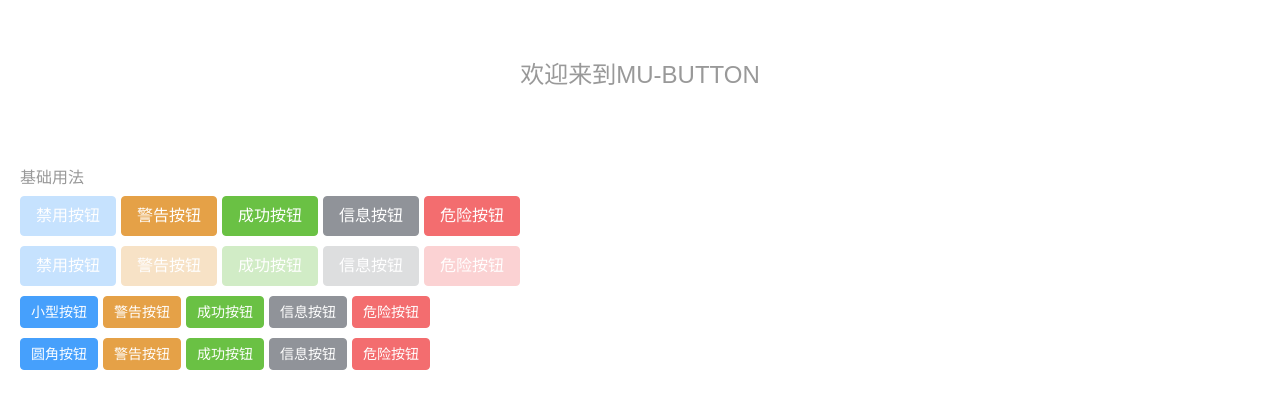
Repository: HuoXiaoYe/huoxiaoye_mumu
Page: /
These files come from the project's save history. The page is drawn as it stood at one moment and after a run of saves; the edit follows.
The browser window is 1280 px wide. The pictures show the whole page.
The project was rebuilt for these pictures with package versions that can differ from the ones it lists, and the page was loaded fresh each time.

Above is the page before, as saved 2020-07-04 17:41:44.

### src/App.tsx
import React from 'react';
import './App.css';
import "@/assets/less/reset.less"
import ButtonWrap from "./pages/buttonWrap/buttonWrap"

function App() {
  return (
    <div className="App">
      <ButtonWrap />
    </div>
  );
}

export default App;

### src/pages/buttonWrap/buttonWrap.tsx
import React,{useState} from "react"
import "./index.less"
import MUButton from "../../components/button/button"
import Title from "../components/title/title"
import {ButtonType} from "@/tsconfig/MUButton"


interface Ibutton {
    type:ButtonType,
    value:string
}

function ButtonWrap() {
    const [buttonList] = useState<Ibutton[]>([
        {
            type:"warning",
            value:"警告按钮"
        },
        {
            type:"success",
            value:"成功按钮"
        },
        {
            type:"info",
            value:"信息按钮"
        },
        {
            type:"danger",
            value:"危险按钮"
        }
    ])
    return (
        <div className="button-wrap">
            <Title type="first">MU-BUTTON</Title>
            <div className="button-item">
                <Title type="second">基础用法</Title>
                <ul>
                <li><MUButton disabled={true}>禁用按钮</MUButton></li>
                    {
                        buttonList.map((item)=>{
                            return (
                            <li><MUButton type={item.type}>{item.value}</MUButton></li>
                            )
                        })
                    }
                </ul>
                <ul>
                    <li><MUButton disabled={true}>禁用按钮</MUButton></li>
                    <li><MUButton disabled={true} type="warning">警告按钮</MUButton></li>
                    <li><MUButton disabled={true} type="success">成功按钮</MUButton></li>
                    <li><MUButton disabled={true} type="info">信息按钮</MUButton></li>
                    <li><MUButton disabled={true} type="danger">危险按钮</MUButton></li>
                </ul>

                <ul>
                    <li><MUButton size="small">小型按钮</MUButton></li>
                    <li><MUButton size="small" type="warning">警告按钮</MUButton></li>
                    <li><MUButton size="small" type="success">成功按钮</MUButton></li>
                    <li><MUButton size="small" type="info">信息按钮</MUButton></li>
                    <li><MUButton size="small" type="danger">危险按钮</MUButton></li>
                </ul>


                <ul>
                    <li><MUButton size="small" circle={true}>圆角按钮</MUButton></li>
                    <li><MUButton size="small" circle={true} type="warning">警告按钮</MUButton></li>
                    <li><MUButton size="small" circle={true} type="success">成功按钮</MUButton></li>
                    <li><MUButton size="small" circle={true} type="info">信息按钮</MUButton></li>
                    <li><MUButton size="small" circle={true} type="danger">危险按钮</MUButton></li>
                </ul>
            </div>

        </div>
    )
}

export default ButtonWrap

### src/pages/buttonWrap/index.less
@import '@/assets/less/common.less';

.button-wrap{

    .button-item{
        padding: 20px;

        ul{
            margin-top: 5px;
            display: flex;
            flex-wrap: wrap;
            li{
                margin-right: 5px;
                margin-top: 5px;
            }
        }
    }
}

### src/components/button/button.tsx
import React, { useEffect,useState } from 'react'
import { IProps } from "@/tsconfig/MUButton"
import "./index.less"


function MUButton(props: IProps) {
    const [btnClass,setBtnClass] = useState<string[]>(['mu-button'])
    useEffect(() => {
        console.log("initional");
        let tempBtnClass:string[] = []
        if(props.type){
            tempBtnClass.push('mu-' + props.type)
        }else{
            tempBtnClass.push('mu-primary')
        }
        if(props.size){
            tempBtnClass.push('mu-' + props.size)
        }else{
            tempBtnClass.push('mu-normal')
        }
        if(props.disabled){
            tempBtnClass.push('mu-disabled')
        }
        setBtnClass([...btnClass,...tempBtnClass])
    // eslint-disable-next-line react-hooks/exhaustive-deps
    },[props])
    return (
        <button type="button" className={btnClass.join(' ')} disabled={props.disabled}>
            {/* <i className="lake-loading"></i>
            <slot className="icon"></slot> */}
            {
                props.children
            }
        </button >
    )
}

export default MUButton

### src/pages/components/title/title.tsx
/* eslint-disable react-hooks/exhaustive-deps */
import React, {useState,useEffect} from "react"
import "./index.less"

type titleType = 'first' | 'second'

interface IProps {
    type : titleType,
    children?:any
}

function Title(props:IProps){
    const [,setClassName ]= useState<titleType>('first');
    useEffect(()=>{
        setClassName(props.type)
    })

    return (
        <div className="title-wrap">
            {
                props.type === 'first' ?
                <div className="firse-level">
                    欢迎来到
                    {
                        props.children
                    }
                </div>:
                <div className="second-level">
                    {
                        props.children
                    }
                </div>
            }
        </div>
    )
}

export default Title

### src/assets/less/common.less
@charset "utf-8";html{background-color:#fff;color:#000;font-size:12px}
body,ul,ol,dl,dd,h1,h2,h3,h4,h5,h6,figure,form,fieldset,legend,input,textarea,button,p,blockquote,th,td,pre,xmp{margin:0;padding:0}
body,input,textarea,button,select,pre,xmp,tt,code,kbd,samp{line-height:1.5;font-family:tahoma,arial,"Hiragino Sans GB",simsun,sans-serif}
h1,h2,h3,h4,h5,h6,small,big,input,textarea,button,select{font-size:100%}
h1,h2,h3,h4,h5,h6{font-family:tahoma,arial,"Hiragino Sans GB","微软雅黑",simsun,sans-serif}
h1,h2,h3,h4,h5,h6,b,strong{font-weight:normal}
address,cite,dfn,em,i,optgroup,var{font-style:normal}
table{border-collapse:collapse;border-spacing:0;text-align:left}
caption,th{text-align:inherit}
ul,ol,menu{list-style:none}
fieldset,img{border:0}
img,object,input,textarea,button,select{vertical-align:middle}
article,aside,footer,header,section,nav,figure,figcaption,hgroup,details,menu{display:block}
audio,canvas,video{display:inline-block;*display:inline;*zoom:1}
blockquote:before,blockquote:after,q:before,q:after{content:"\0020"}
textarea{overflow:auto;resize:vertical}
input,textarea,button,select,a{outline:0 none;border: none;}
button::-moz-focus-inner,input::-moz-focus-inner{padding:0;border:0}
mark{background-color:transparent}
a,ins,s,u,del{text-decoration:none}
sup,sub{vertical-align:baseline}
html {overflow-x: hidden;height: 100%;font-size: 50px;-webkit-tap-highlight-color: transparent;}
body {font-family: Arial, "Microsoft Yahei", "Helvetica Neue", Helvetica, sans-serif;color: #333;font-size: .28em;line-height: 1;-webkit-text-size-adjust: none;}
hr {height: .02rem;margin: .1rem 0;border: medium none;border-top: .02rem solid #cacaca;}
a {color: #25a4bb;text-decoration: none;}

### src/components/button/index.less
@btnPrefixClass:mu;
@brand-primary:#46a0fc;
@brand-error: #e5a147;
@brand-info: #909399;
@brand-danger: #f36d6f;
.btnType(@color){
    color: #fff;
    background-color: @color;
    border-color: @color;
}
@brand-success: #6ac144;
    .@{btnPrefixClass}-button {
        display: block;
        outline: 0 none;
        box-sizing: border-box;
        padding: 13px 15px;
        text-align: center;
        font-size: 16px;
        // width: 100%;
        min-width: 64px;
        height: 48px;
        line-height: 22px;
        overflow: hidden;
        text-overflow: ellipsis;
        word-break: break-word;
        white-space: nowrap;
        color: #333;
        background-color: #fff;
        border: 1px solid #D8DEE6;
        border-radius: 4px;
        user-select: none;
        -webkit-tap-highlight-color: rgba(0, 0, 0, 0);
        -webkit-appearance: none;
        -webkit-font-smoothing: antialiased;
    }
    .mu-primary {
        color: #fff;
        background-color: @brand-primary;
        border-color: @brand-primary;
        line-height: 48px;
    }
    .mu-warning {
        color: #fff;
        background-color: @brand-error;
        border-color: @brand-error;
    }
    .mu-success{
        color: #fff;
        background-color: @brand-success;
        border-color: @brand-success;
    }
    .mu-info{
        .btnType(@brand-info)
    }
    .mu-danger{
        .btnType(@brand-danger)
    }
    .mu-outline {
        color: @brand-primary;
        background-color: #fff;
        border-color: #008DFC;
    }
    .mu-small {
        font-size: 14px;
        height: 32px;
        line-height: 20px;
        padding: 5px 10px;
    }

    .mu-normal {
        font-size: 16px;
        height: 40px;
        line-height: 22px;
        padding: 8px 15px;
    }

    .mu-inline {
        display: inline-block;
        vertical-align: top;
        width: auto;
    }
    .mu-loading {
        display: flex;
        align-items: center;
        justify-content: center;
    }
    .mu-disabled{
        opacity: 0.3;
    }
    .mu-loading {
        display: block;
        width: 12px;
        height: 12px;
        margin-right: 6px;
        border: 2px solid #e8e8e8;
        border-top-color: #c5c5c5;
        border-radius: 100%;
        animation: rotation 0.5s linear 0s infinite;
    }

    @keyframes rotation {
        from {
            transform: rotate(0deg);
        }
        to {
            transform: rotate(359deg);
        }
    }

### src/pages/components/title/index.less
.title-wrap{
    .firse-level{
        height: 150px;
        line-height: 150px;
        font-size: 24px;
        color: #999;
        text-align: center;
    }
    .second-level{
        font-size:16px;
        color: #999;
        text-align: left;
    }
}

Loaded but not shown: public/index.html (common file); src/index.tsx (common file); src/index.css (common file); src/App.css (common file); src/assets/less/reset.less (common file)

After the next 2 saves:
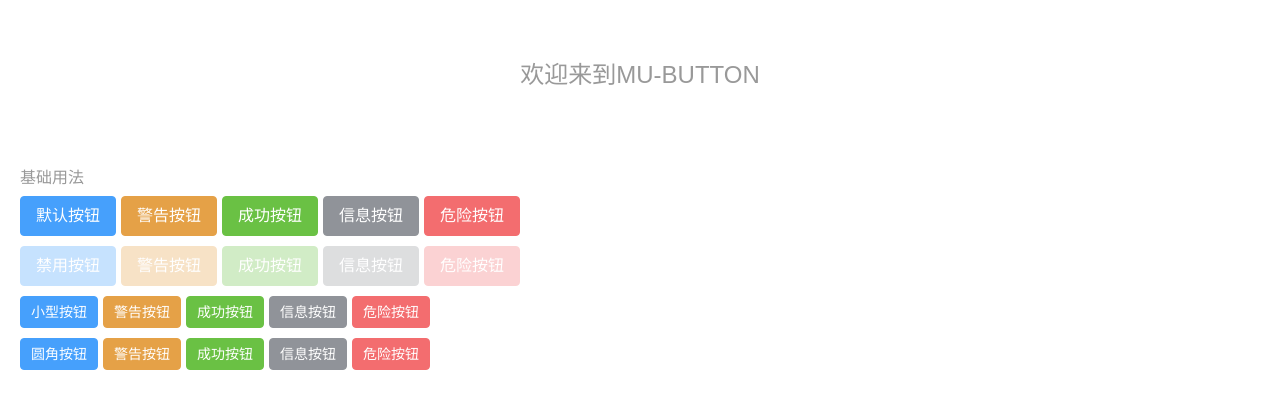
The 2 saves are shown as one change because they came seconds apart.
The last was saved 7 s later.
--- a/src/pages/buttonWrap/buttonWrap.tsx
+++ b/src/pages/buttonWrap/buttonWrap.tsx
@@ -35,7 +35,7 @@ function ButtonWrap() {
             <div className="button-item">
                 <Title type="second">基础用法</Title>
                 <ul>
-                <li><MUButton disabled={true}>禁用按钮</MUButton></li>
+                    <li><MUButton>默认按钮</MUButton></li>
                     {
                         buttonList.map((item)=>{
                             return (
